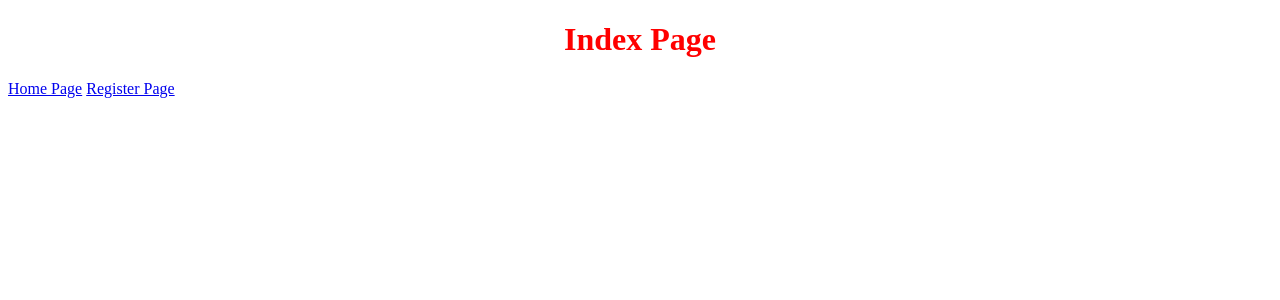
Repository: Somanath-Singh/Spring-Framework-By-Qspide
Page: http://localhost/SpringMVC-Proj01/index.jsp
An editor plug-in stored every save of this project. The page is shown before and after the next save, followed by the edit.
The browser window is 1280 px wide. The pictures show the whole page.
The page is served by Tomcat 10.

Above is the page before, as saved 2025-02-17 05:19:41.

After the next save:
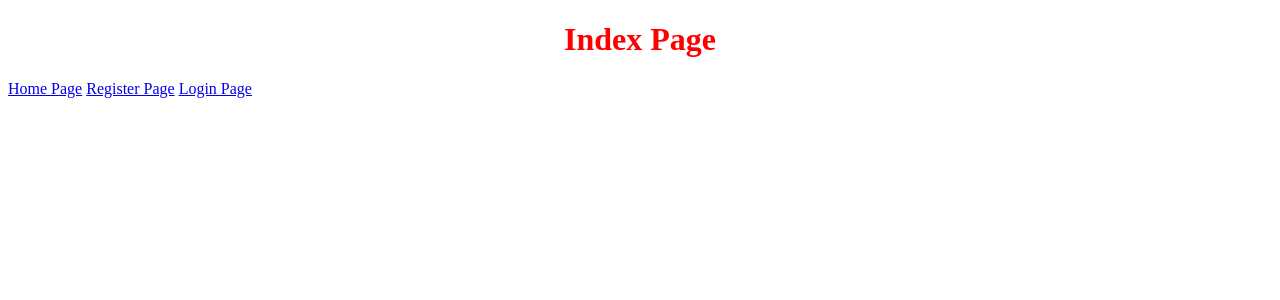
Saved 22 s later.
--- a/SpringMVC-Proj01/src/main/webapp/index.jsp
+++ b/SpringMVC-Proj01/src/main/webapp/index.jsp
@@ -11,5 +11,6 @@
 
 	<a href="./home">Home Page</a>
 	<a href="./register">Register Page</a>
+	<a href="./login">Login Page</a>
 </body>
 </html>
